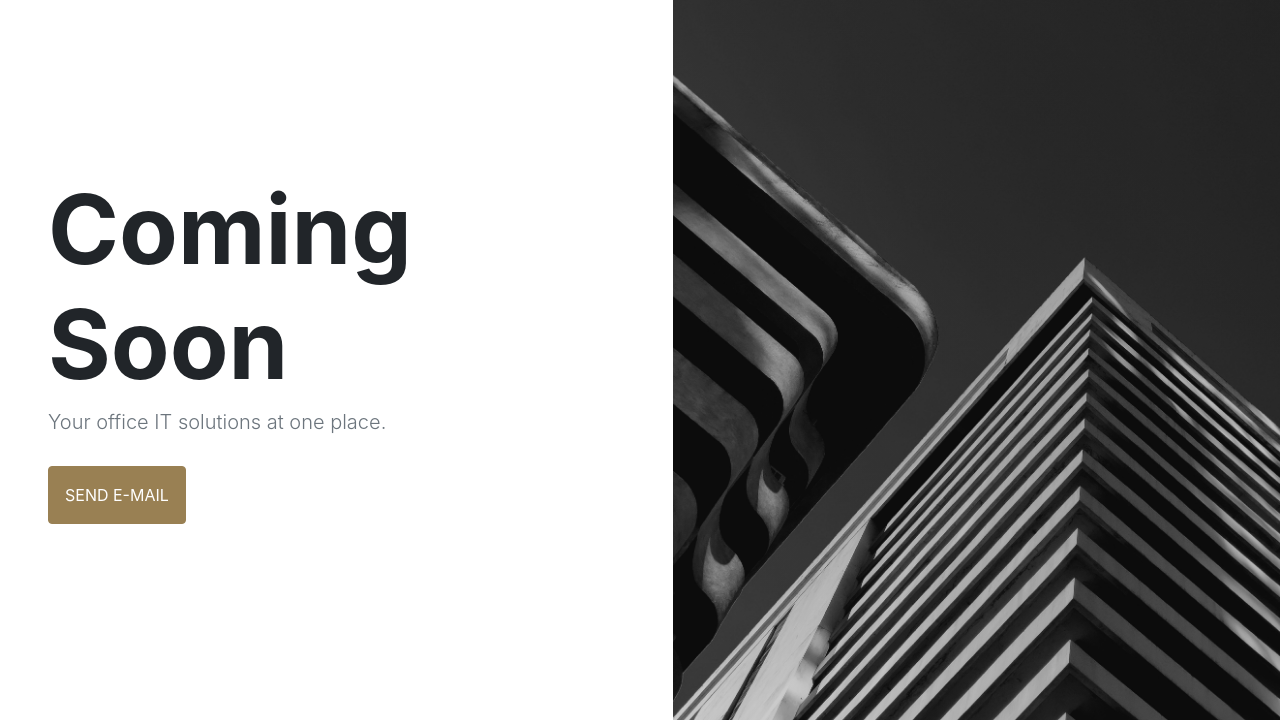
Repository: Thekxgh/website
Page: /
The author's editor kept a copy of each file at every save. The page is drawn from the files as they stood at one save, then again after the next save.
The browser window is 1280 px wide. The pictures show the whole page.
The project was rebuilt for these pictures with package versions that can differ from the ones it lists, and the page was loaded fresh each time.

Above is the page before, as saved 2021-07-14 10:08:34.

After the next save:
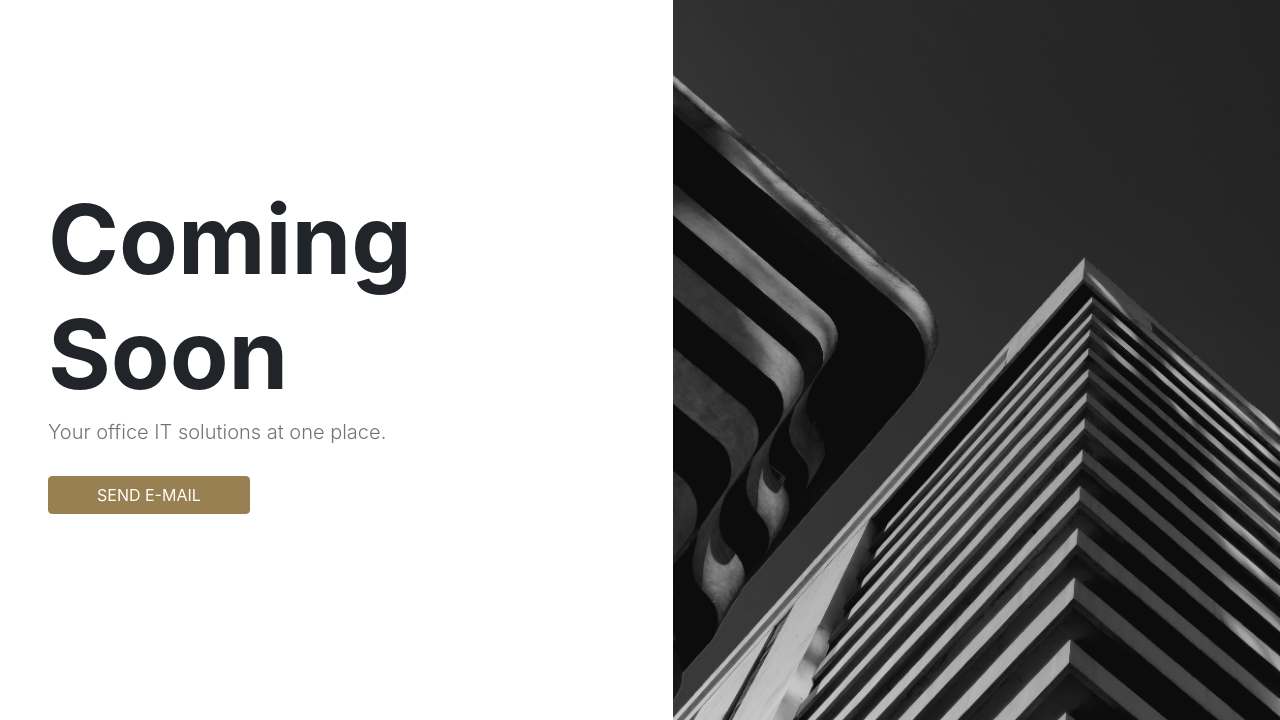
Saved 16 s later.
--- a/src/presentation/LandingPage.tsx
+++ b/src/presentation/LandingPage.tsx
@@ -7,7 +7,7 @@ export const LandingPage = () => {
             <Col className="p-5">
                 <h1 className="display-1 font-weight-bold">Coming Soon</h1>
                 <h5 className="text-muted font-weight-light">Your office IT solutions at one place.</h5>
-                <a className="btn btn-primary p-3 my-4" href="mailto:contact@thekxgh.com"> SEND E-MAIL </a>
+                <a className="btn btn-primary px-5 my-4" href="mailto:contact@thekxgh.com"> SEND E-MAIL </a>
             </Col>
             <Col className="side-img min-vh-100"></Col>
         </Row>
